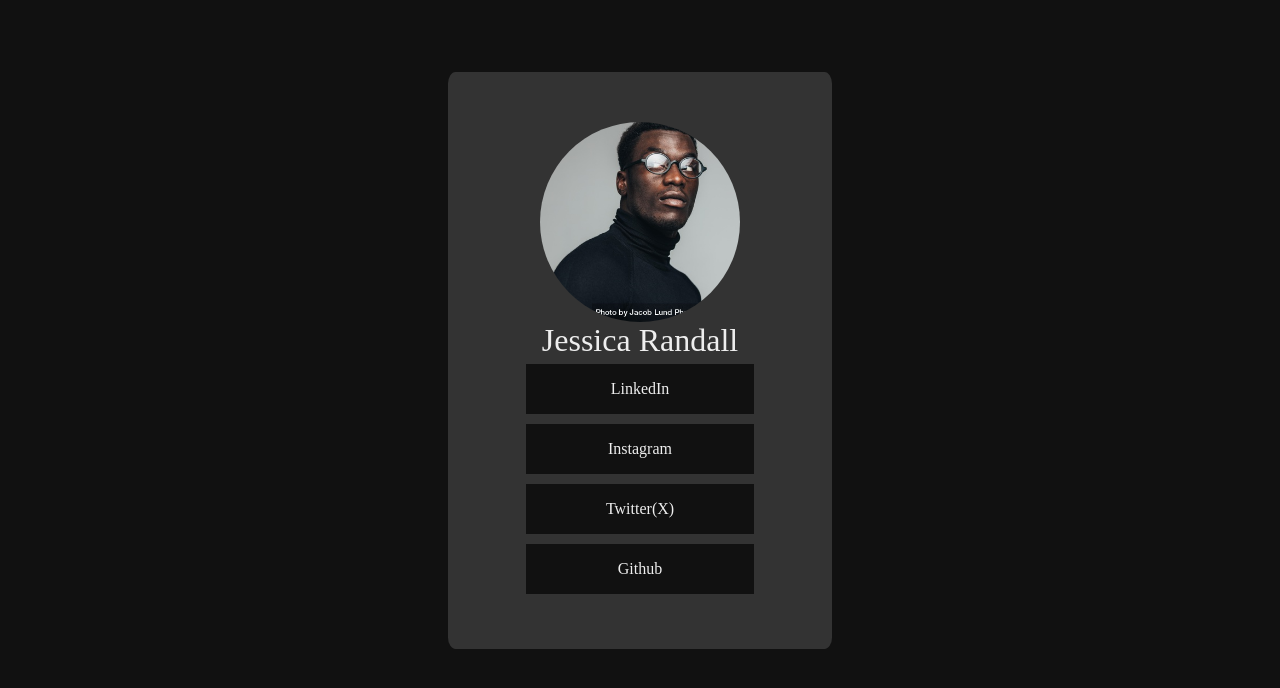
Repository: russel-success/Xcode-TASK-1
Page: index.html
An editor plug-in stored every save of this project. The page is shown before and after the next save, followed by the edit.
The browser window is 1280 px wide. The pictures show the whole page.

Above is the page before, as saved 2024-04-29 01:14:25.

### index.html
<!DOCTYPE html>
<html lang="en">
<head>
    <meta charset="UTF-8">
    <meta name="viewport" content="width=device-width, initial-scale=1.0">
    <title>Profile Card</title>
    <link rel="stylesheet" href="styles/styles.css">
</head>
<body>
    <div class="container">
        <div class="profile-container flex">
           <img src="assets/np_Man staring away on gray background_0VPZY4_free.jpg" alt="" class="profile-image">
            <h1>Jessica Randall</h1>
            <div class="socials">
                <text>LinkedIn</text>
            </div>
            <div class="socials">
                <text>Instagram</text>
            </div>
            <div class="socials">
                <text>Twitter(X)</text>
            </div>
            <div class="socials">
                <text>Github</text>
            </div>
        </div>
    </div>
</body>
</html>

### styles/styles.css
*{
    padding:0;
    margin:0;
}
.container{
    width:100%;
    height:100vh;
    background-color:#111;
    display:flex;
    align-items:center;
    justify-content: center;
}
.profile-container{
    background-color:#333;
    width:30%;
    background-size: contain;
    box-sizing:border-box;
    display:flex;
    flex-direction: column;
    align-items:center;
    justify-content: center;
    padding: 50px 50px;
    border-radius:2%;
}
.profile-image{
    object-fit:cover;
    width:200px;
    height:200px;
    border-radius:50%;
}
h1{
    color:#eee;
    font-family:poppins;
    font-weight:400;
}
.socials{
    width:80%;
    height:50px;
    background:#111;
    margin:5px 0;
    text-align:center;
    align-content: center;
    color:#eee;
    font-family: poppins;
    font-weight:100;
}

After the next save:
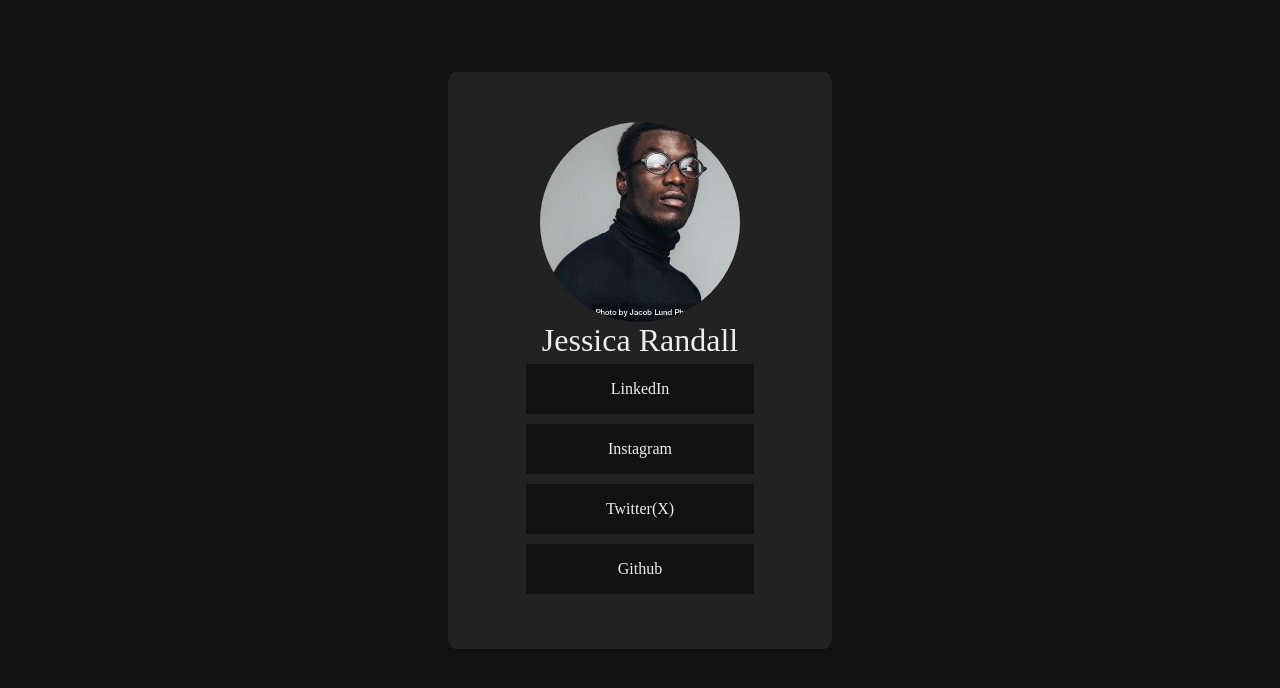
Saved 23 s later.
--- a/styles/styles.css
+++ b/styles/styles.css
@@ -11,7 +11,7 @@
     justify-content: center;
 }
 .profile-container{
-    background-color:#333;
+    background-color:#222;
     width:30%;
     background-size: contain;
     box-sizing:border-box;
